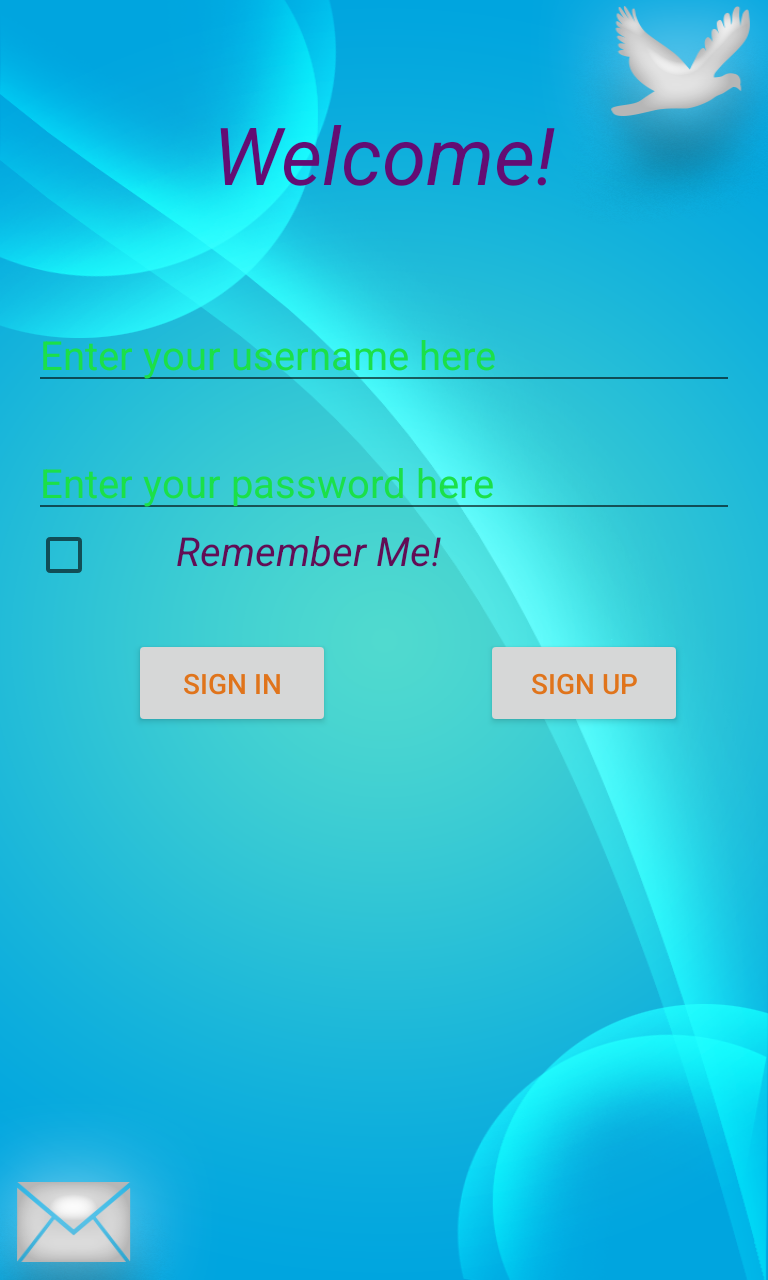
Repository: JodyCoolit/android
Layout: Delivery/res/layout/activity_login.xml
These files come from the project's save history. The layout is drawn as it stood at one moment and after the next save; the edit follows.
It is drawn on a 768 x 1280 px phone screen (xhdpi) without system bars, with theme AppTheme; the app's code is not run.

Above is the layout before, as saved 2014-08-25 02:27:53.

### Delivery/res/layout/activity_login.xml
<?xml version="1.0" encoding="utf-8"?>
<LinearLayout xmlns:android="http://schemas.android.com/apk/res/android"
    android:layout_width="match_parent"
    android:layout_height="match_parent"
    android:paddingLeft="16dp"
    android:paddingRight="16dp"
    android:orientation="vertical"
    android:background="@drawable/bg_login"
    >

    <TextView
        android:layout_marginTop="50sp"
        android:layout_width="wrap_content"
        android:layout_height="wrap_content"
        android:text="@string/welcome"
        android:textSize="40sp"
        android:layout_gravity="center"
        android:textStyle="italic"
        android:textColor="#630D73"
         />
	<EditText
	    android:id="@+id/et_login_username"
	    android:singleLine="true"
	    android:textColorHint="#1BE049"
	    android:textColor="#1BE011"
	    android:layout_marginTop="50sp"
	    android:textSize="20sp"
        android:layout_width="match_parent"
        android:layout_height="wrap_content"
        android:hint="@string/hint_username" />
    <EditText
        android:id="@+id/et_login_password"
        android:singleLine="true"
        android:textColor="#1BE011"
        android:textColorHint="#1BE049"
        android:layout_marginTop="20sp"
        android:textSize="20sp"
        android:layout_width="match_parent"
        android:layout_height="wrap_content"
        android:gravity="top"
        android:inputType="textPassword"
        android:hint="@string/hint_password" />

    <LinearLayout
        android:layout_width="match_parent"
    	android:layout_height="wrap_content"
    	android:orientation="horizontal">
    	<CheckBox
        android:id="@+id/cb_rememberMe"
        android:layout_width="wrap_content"
        android:layout_height="wrap_content"
        />
    	<TextView
    	android:layout_marginLeft="40sp"
        android:layout_width="wrap_content"
        android:layout_height="wrap_content"
        android:text="@string/rememberMe"
        android:textSize="20sp"
        android:textStyle="italic"
        android:textColor="#620D55"
         />
    </LinearLayout>
    <LinearLayout
        android:layout_width="match_parent"
    	android:layout_height="wrap_content">
        <Button
            android:id="@+id/btn_signin"
	        android:textColor="#E0741B"
	        android:layout_marginTop="10sp"
	        android:layout_marginLeft="50sp"
	        android:layout_width="100dp"
	        android:layout_height="wrap_content"
	        android:layout_gravity="center"
	        android:text="@string/btn_signin" />

        <ProgressBar
        android:id="@+id/pb_login"
        style="?android:attr/progressBarStyleLarge"
        android:layout_width="wrap_content"
        android:layout_height="wrap_content" />

     	<Button
         	android:id="@+id/btn_signup"
	        android:textColor="#E0741B"
	        android:layout_marginTop="10sp"
	        android:layout_marginLeft="0sp"
	        android:layout_width="100dp"
	        android:layout_height="wrap_content"
	        android:layout_gravity="center"
	        android:text="@string/btn_signup" />
    </LinearLayout>

</LinearLayout>

### Delivery/res/values/strings.xml
<?xml version="1.0" encoding="utf-8"?>
<resources>
    <string name="app_name">Delivery</string>
    <string name="signup">Sign Up</string>

    <!-- LoginActivity -->
    <string name="welcome">Welcome!</string>
    <string name="rememberMe"> Remember Me!</string>
	<string name="btn_signin">Sign in</string>
	<string name="btn_signup">Sign up</string>
	<string name="hint_username">Enter your username here</string>
	<string name="hint_password">Enter your password here</string>

	<!--  SignupActivity -->
	<string name="tv_signup_username">Username : </string>
	<string name="tv_signup_password">Password : </string>
	<string name="hint_signup_username">E-mail/Username/IC</string>
	<string name="hint_signup_password">Case Sencetive</string>
	<string name="hint_signup_address">Address for delivery</string>
	<string name="tv_signup_phone">Phone : </string>
	<string name="tv_signup_email">E-mail : </string>
	<string name="tv_signup_address">Address : </string>
	<string name="btn_signup_register">Register Now!</string>
</resources>

Loaded but not shown: Delivery/res/values/styles.xml (common file); Delivery/res/values-v11/styles.xml (common file); Delivery/res/values-v14/styles.xml (common file)

After the next save:
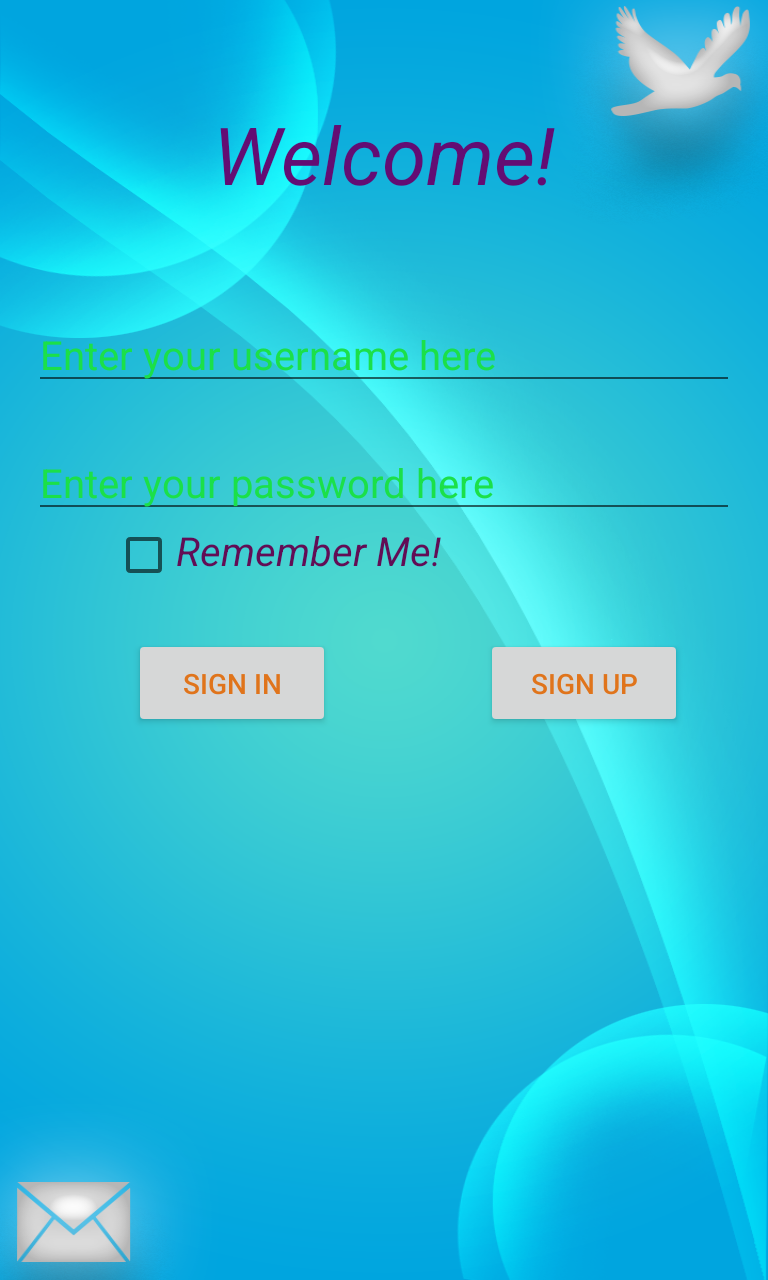
Saved 9 s later.
--- a/Delivery/res/layout/activity_login.xml
+++ b/Delivery/res/layout/activity_login.xml
@@ -46,12 +46,12 @@
     	android:layout_height="wrap_content"
     	android:orientation="horizontal">
     	<CheckBox
+    	android:layout_marginLeft="40sp"
         android:id="@+id/cb_rememberMe"
         android:layout_width="wrap_content"
         android:layout_height="wrap_content"
         />
     	<TextView
-    	android:layout_marginLeft="40sp"
         android:layout_width="wrap_content"
         android:layout_height="wrap_content"
         android:text="@string/rememberMe"
